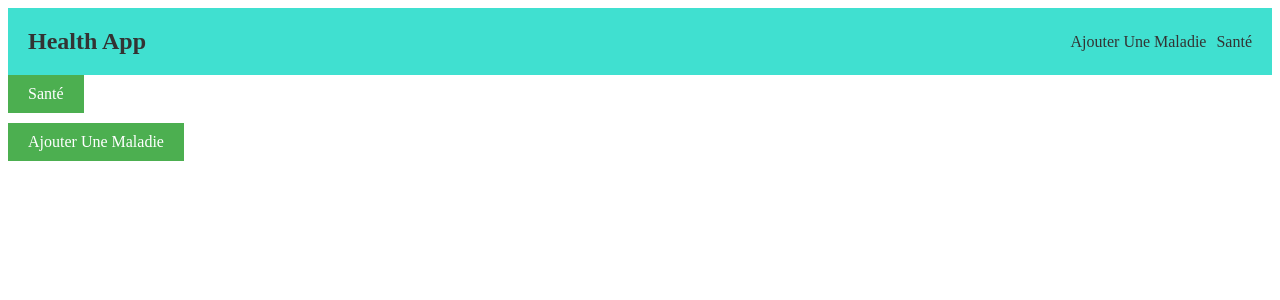
Repository: Sidel-malek/e-sbitar
Page: http://localhost/singup/
The author's editor kept a copy of each file at every save. The page is drawn from the files as they stood at one save, then again after the next save.
The browser window is 1280 px wide. The pictures show the whole page.
The page is served by Tomcat 9.

Above is the page before, as saved 2023-06-03 03:02:09.

After the next save:
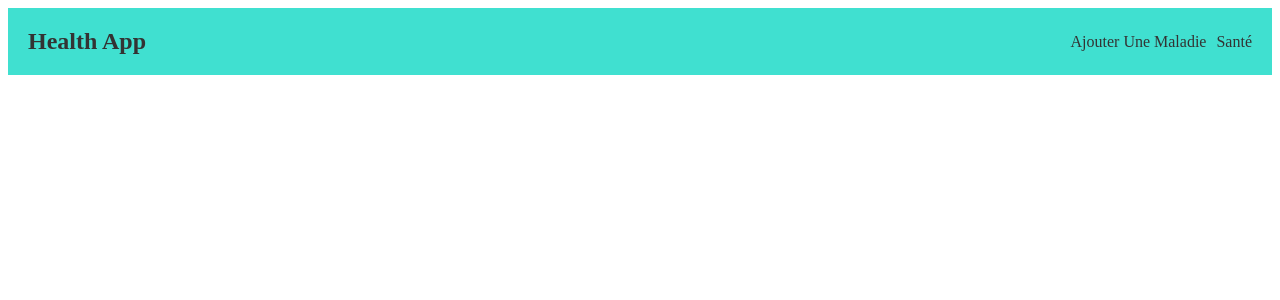
Saved 42 s later.
--- a/authentification/singup/src/main/webapp/index.jsp
+++ b/authentification/singup/src/main/webapp/index.jsp
@@ -26,14 +26,6 @@
 </head>
 <body>
     <jsp:include page="navbar.jsp" />
-    <div class="maladie2-image" id="maladie2-image">
-        <a href="${pageContext.request.contextPath}/maladies" class="maladie2-image-link">Santé</a>
-    </div>
-
-    <div class="maladie2-image" id="maladie2-image">
-        <a href="prestataire.jsp" class="maladie2-image-link">Ajouter Une Maladie</a>
-    </div>
-
 
 
 
